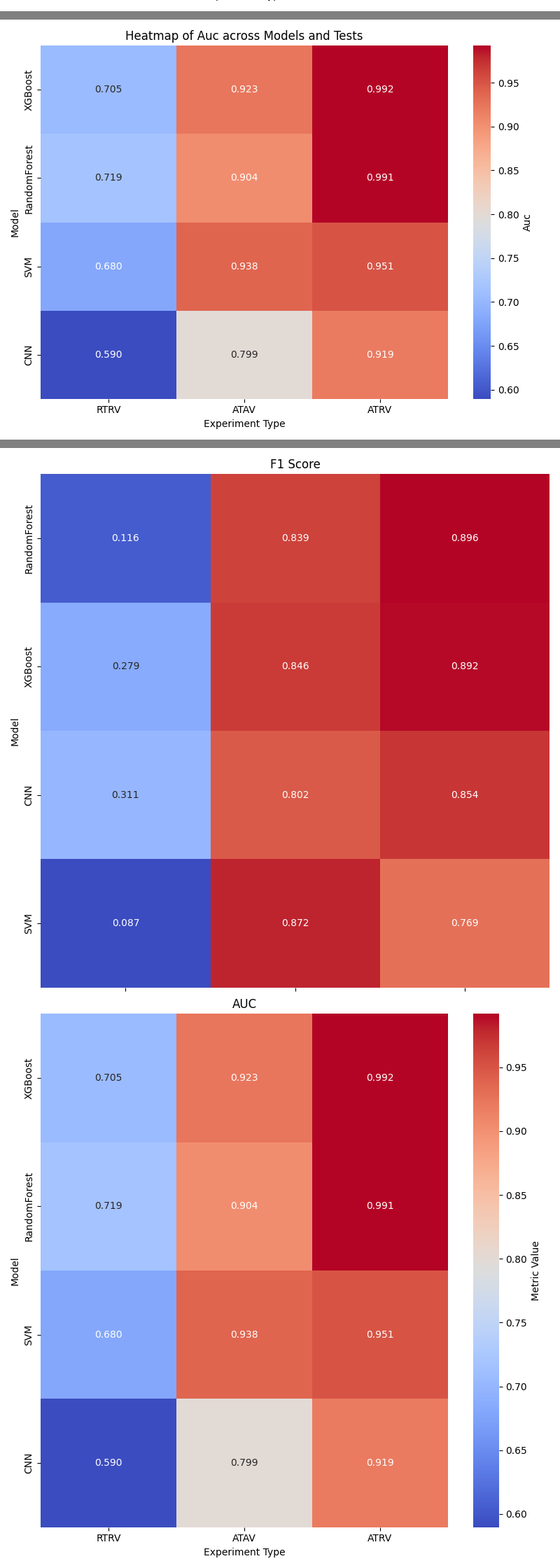
Repository: Hanqk97/COVID-19_Audio_Detection_Project
Script's output: python Plot/heatmap.py
These files come from the project's save history. The script's output is drawn as it stood at one moment and after the next save; the edit follows.
The pictures show rows 584 to 2824 of an output 2824 px tall, at 70% of full size.
Each picture stacks the figures in order, with grey between them; figures that are only written to a file come last. Random numbers start from a fixed seed.

Above is the script's output before, as saved 2024-12-03 19:08:28.

### Plot/heatmap.py
import json
import pandas as pd
import seaborn as sns
import matplotlib.pyplot as plt

output_dir = "Plot"

# Load the JSON data
with open("result/summary.json", "r") as f:
    data = json.load(f)

# Extract relevant metrics and organize into a DataFrame
def create_dataframe(metric_name):
    models = ["CNN", "XGBoost", "RandomForest", "SVM"]
    tests = ["RTRV", "ATAV", "ATRV"]
    values = []

    for model in models:
        raw_avg = sum(data[model][f"raw_{i+1}"][metric_name] for i in range(5)) / 5
        aug_avg = sum(data[model][f"aug_{i+1}"][metric_name] for i in range(5)) / 5
        train_avg = data[model]["train"][metric_name]
        values.append([raw_avg, train_avg, aug_avg])

    # Create a DataFrame
    df = pd.DataFrame(values, columns=tests, index=models)

    # Sort rows based on "ATRV" (Augmented Test) values
    df = df.sort_values(by="ATRV", ascending=False)

    return df

# Generate heatmaps and save them to files
def plot_heatmap(df, metric_name, filename):
    plt.figure(figsize=(8, 6))
    sns.heatmap(df, annot=True, fmt=".3f", cmap="coolwarm", cbar_kws={"label": metric_name.capitalize()})
    plt.title(f"Heatmap of {metric_name.capitalize()} across Models and Tests")
    plt.ylabel("Model")
    plt.xlabel("Experiment Type")
    plt.tight_layout()
    plt.savefig(filename)  # Save the heatmap to a file
    plt.close()

# Generate combined heatmap figure
# Generate combined heatmap with a taller aspect ratio
def plot_combined_heatmaps(f1_df, auc_df, filename):
    fig, axes = plt.subplots(2, 1, figsize=(8, 16), sharex=True)  # Two heatmaps stacked vertically

    # F1 Score Heatmap
    sns.heatmap(f1_df, annot=True, fmt=".3f", cmap="coolwarm", cbar=False, ax=axes[0])
    axes[0].set_title("F1 Score")
    axes[0].set_ylabel("Model")
    axes[0].set_xlabel("")

    # AUC Heatmap
    sns.heatmap(auc_df, annot=True, fmt=".3f", cmap="coolwarm", cbar_kws={"label": "Metric Value"}, ax=axes[1])
    axes[1].set_title("AUC")
    axes[1].set_ylabel("Model")
    axes[1].set_xlabel("Experiment Type")

    plt.tight_layout()
    plt.savefig(filename)
    plt.close()

# Generate and save heatmaps for individual metrics
f1_df = create_dataframe("f1_score")
plot_heatmap(f1_df, "f1_score", f"{output_dir}/f1_score_heatmap.png")

auc_df = create_dataframe("auc")
plot_heatmap(auc_df, "auc", f"{output_dir}/auc_heatmap.png")

# Generate and save combined heatmap
plot_combined_heatmaps(f1_df, auc_df, f"{output_dir}/combined_heatmaps.png")

### result/summary.json
{
    "CNN":{
        "raw_1":{
            "f1_score": 0.23076923076923078,
            "precision": 0.35294117647058826,
            "recall": 0.17142857142857143,
            "accuracy": 0.7927461139896373,
            "auc": 0.5509041591320073
        },
        "raw_2":{
            "f1_score": 0.23076923076923078,
            "precision": 0.35294117647058826,
            "recall": 0.17142857142857143,
            "accuracy": 0.7927461139896373,
            "auc": 0.5509041591320073
        },
        "raw_3":{
            "f1_score": 0.30508474576271183,
            "precision": 0.375,
            "recall": 0.2571428571428571,
            "accuracy": 0.7875647668393783,
            "auc": 0.5811030741410488
        },
        "raw_4":{
            "f1_score": 0.42857142857142855,
            "precision": 0.4166666666666667,
            "recall": 0.4411764705882353,
            "accuracy": 0.7916666666666666,
            "auc": 0.654132539091586
        },
        "raw_5":{
            "f1_score": 0.35820895522388063,
            "precision": 0.35294117647058826,
            "recall": 0.36363636363636365,
            "accuracy": 0.7724867724867724,
            "auc": 0.6113053613053614
        },
        "aug_1":{
            "f1_score": 0.7945205479452055,
            "precision": 0.7631578947368421,
            "recall": 0.8285714285714286,
            "accuracy": 0.9222797927461139,
            "auc": 0.8858047016274865
        },
        "aug_2":{
            "f1_score": 0.8985507246376812,
            "precision": 0.9117647058823529,
            "recall": 0.8857142857142857,
            "accuracy": 0.9637305699481865,
            "auc": 0.9333634719710668
        },
        "aug_3":{
            "f1_score": 0.8378378378378378,
            "precision": 0.7948717948717948,
            "recall": 0.8857142857142857,
            "accuracy": 0.9378238341968912,
            "auc": 0.9175406871609403
        },
        "aug_4":{
            "f1_score": 0.8823529411764706,
            "precision": 0.8823529411764706,
            "recall": 0.8823529411764706,
            "accuracy": 0.9583333333333334,
            "auc": 0.9285182427401341
        },
        "aug_5":{
            "f1_score": 0.8571428571428571,
            "precision": 0.8108108108108109,
            "recall": 0.9090909090909091,
            "accuracy": 0.9470899470899471,
            "auc": 0.9321095571095571
        },
        "train":{
            "f1_score": 0.8024106257351653,
            "precision": 0.7915644429804949,
            "recall": 0.818831016016817,
            "accuracy": 0.7988750669603,
            "auc": 0.799090689569917
        }
    },
    "XGBoost":{
        "raw_1":{
            "f1_score": 0.3636363636363636,
            "precision": 0.8888888888888888,
            "recall": 0.22857142857142856,
            "accuracy": 0.8549222797927462,
            "auc": 0.722242314647378
        },
        "raw_2":{
            "f1_score": 0.3555555555555555,
            "precision": 0.8,
            "recall": 0.22857142857142856,
            "accuracy": 0.8497409326424871,
            "auc": 0.7056057866184449
        },
        "raw_3":{
            "f1_score": 0.23809523809523808,
            "precision": 0.7142857142857143,
            "recall": 0.14285714285714285,
            "accuracy": 0.8341968911917098,
            "auc": 0.6242314647377939
        },
        "raw_4":{
            "f1_score": 0.27906976744186046,
            "precision": 0.6666666666666666,
            "recall": 0.17647058823529413,
            "accuracy": 0.8385416666666666,
            "auc": 0.7870439314966493
        },
        "raw_5":{
            "f1_score": 0.15789473684210525,
            "precision": 0.6,
            "recall": 0.09090909090909091,
            "accuracy": 0.8306878306878307,
            "auc": 0.6870629370629371
        },
        "aug_1":{
            "f1_score": 0.8857142857142857,
            "precision": 0.8857142857142857,
            "recall": 0.8857142857142857,
            "accuracy": 0.9585492227979274,
            "auc": 0.9942133815551537
        },
        "aug_2":{
            "f1_score": 0.9142857142857143,
            "precision": 0.9142857142857143,
            "recall": 0.9142857142857143,
            "accuracy": 0.9689119170984456,
            "auc": 0.9902350813743219
        },
        "aug_3":{
            "f1_score": 0.8648648648648648,
            "precision": 0.8205128205128205,
            "recall": 0.9142857142857143,
            "accuracy": 0.9481865284974094,
            "auc": 0.9902350813743218
        },
        "aug_4":{
            "f1_score": 0.9014084507042254,
            "precision": 0.8648648648648649,
            "recall": 0.9411764705882353,
            "accuracy": 0.9635416666666666,
            "auc": 0.9949739389426657
        },
        "aug_5":{
            "f1_score": 0.8955223880597014,
            "precision": 0.8823529411764706,
            "recall": 0.9090909090909091,
            "accuracy": 0.9629629629629629,
            "auc": 0.9904817404817404
        },
        "train":{
            "f1_score": 0.8461765336593803,
            "precision": 0.844392509161769,
            "recall": 0.8490103258061852,
            "accuracy": 0.8461678868321331,
            "auc": 0.9229407548490167
        }
    },
    "RandomForest":{
        "raw_1":{
            "f1_score": 0.1081081081081081,
            "precision": 1.0,
            "recall": 0.05714285714285714,
            "accuracy": 0.8290155440414507,
            "auc": 0.7308318264014467
        },
        "raw_2":{
            "f1_score": 0.20512820512820512,
            "precision": 1.0,
            "recall": 0.11428571428571428,
            "accuracy": 0.8393782383419689,
            "auc": 0.6945750452079565
        },
        "raw_3":{
            "f1_score": 0.15789473684210528,
            "precision": 1.0,
            "recall": 0.08571428571428572,
            "accuracy": 0.8341968911917098,
            "auc": 0.6902350813743218
        },
        "raw_4":{
            "f1_score": 0.1111111111111111,
            "precision": 1.0,
            "recall": 0.058823529411764705,
            "accuracy": 0.8333333333333334,
            "auc": 0.7631236038719285
        },
        "raw_5":{
            "f1_score": 0.0,
            "precision": 0.0,
            "recall": 0.0,
            "accuracy": 0.8253968253968254,
            "auc": 0.713966588966589
        },
        "aug_1":{
            "f1_score": 0.9166666666666667,
            "precision": 0.8918918918918919,
            "recall": 0.9428571428571428,
            "accuracy": 0.9689119170984456,
            "auc": 0.9928571428571429
        },
        "aug_2":{
            "f1_score": 0.9014084507042254,
            "precision": 0.8888888888888888,
            "recall": 0.9142857142857143,
            "accuracy": 0.9637305699481865,
            "auc": 0.9887884267631103
        },
        "aug_3":{
            "f1_score": 0.8767123287671234,
            "precision": 0.8421052631578947,
            "recall": 0.9142857142857143,
            "accuracy": 0.9533678756476683,
            "auc": 0.9898734177215189
        },
        "aug_4":{
            "f1_score": 0.8888888888888888,
            "precision": 0.8421052631578947,
            "recall": 0.9411764705882353,
            "accuracy": 0.9583333333333334,
            "auc": 0.9930193596425912
        },
        "aug_5":{
            "f1_score": 0.8955223880597014,
            "precision": 0.8823529411764706,
            "recall": 0.9090909090909091,
            "accuracy": 0.9629629629629629,
            "auc": 0.9886363636363635
        },
        "train":{
            "f1_score": 0.8389031248307942,
            "precision": 0.8545235505223857,
            "recall": 0.8246203209858681,
            "accuracy": 0.8423863658909191,
            "auc": 0.9039854187578366
        }
    },
    "SVM":{
        "raw_1":{
            "f1_score": 0.1081081081081081,
            "precision": 1.0,
            "recall": 0.05714285714285714,
            "accuracy": 0.8290155440414507,
            "auc": 0.6433996383363472
        },
        "raw_2":{
            "f1_score": 0.15789473684210528,
            "precision": 1.0,
            "recall": 0.08571428571428572,
            "accuracy": 0.8341968911917098,
            "auc": 0.7094032549728753
        },
        "raw_3":{
            "f1_score": 0.1081081081081081,
            "precision": 1.0,
            "recall": 0.05714285714285714,
            "accuracy": 0.8290155440414507,
            "auc": 0.6343580470162749
        },
        "raw_4":{
            "f1_score": 0.0,
            "precision": 0.0,
            "recall": 0.0,
            "accuracy": 0.8229166666666666,
            "auc": 0.7777364110201042
        },
        "raw_5":{
            "f1_score": 0.05882352941176471,
            "precision": 1.0,
            "recall": 0.030303030303030304,
            "accuracy": 0.8306878306878307,
            "auc": 0.6353923853923853
        },
        "aug_1":{
            "f1_score": 0.7384615384615385,
            "precision": 0.8,
            "recall": 0.6857142857142857,
            "accuracy": 0.9119170984455959,
            "auc": 0.9292947558770343
        },
        "aug_2":{
            "f1_score": 0.75,
            "precision": 0.8275862068965517,
            "recall": 0.6857142857142857,
            "accuracy": 0.917098445595855,
            "auc": 0.9580470162748644
        },
        "aug_3":{
            "f1_score": 0.7619047619047619,
            "precision": 0.8571428571428571,
            "recall": 0.6857142857142857,
            "accuracy": 0.9222797927461139,
            "auc": 0.9589511754068716
        },
        "aug_4":{
            "f1_score": 0.8181818181818182,
            "precision": 0.84375,
            "recall": 0.7941176470588235,
            "accuracy": 0.9375,
            "auc": 0.9485294117647058
        },
        "aug_5":{
            "f1_score": 0.7741935483870968,
            "precision": 0.8275862068965517,
            "recall": 0.7272727272727273,
            "accuracy": 0.9259259259259259,
            "auc": 0.9590132090132091
        },
        "train":{
            "f1_score": 0.8719047058592444,
            "precision": 0.8803626655047389,
            "recall": 0.8643689272793008,
            "accuracy": 0.8732813523004582,
            "auc": 0.9376532399920455
        }
    },
    "ResNet":{
        "raw_1":0,
        "raw_2":0,
        "raw_3":0,
        "raw_4":0,
        "raw_5":0,
        "aug_1":{
            "f1_score": 0.958904109589041,
            "precision": 0.9210526315789473,
            "recall": 1.0,
            "accuracy": 0.9844559585492227,
            "auc": 0.9905063291139241
        },
        "aug_2":{
            "f1_score": 0.9014084507042254,
            "precision": 0.8888888888888888,
            "recall": 0.9142857142857143,
            "accuracy": 0.9637305699481865,
            "auc": 0.9444846292947557
        },
        "aug_3":{
            "f1_score": 0.9117647058823529,
            "precision": 0.9393939393939394,
            "recall": 0.8857142857142857,
            "accuracy": 0.9689119170984456,
            "auc": 0.9365280289330922
        },
        "aug_4":{
            "f1_score": 0.9117647058823528,
            "precision": 0.9117647058823529,
            "recall": 0.9117647058823529,
            "accuracy": 0.96875,
            "auc": 0.9463886820551004
        },
        "aug_5":{
            "f1_score": 0.90625,
            "precision": 0.9354838709677419,
            "recall": 0.8787878787878788,
            "accuracy": 0.9682539682539683,
            "auc": 0.9329836829836832
        },
        "train":{
            "f1_score": 0.8432466822059779,
            "precision": 0.8604856792450264,
            "recall": 0.8359216443930991,
            "accuracy": 0.8443009344681863,
            "auc": 0.8469816029516559
        }
    }
}

After the next save:
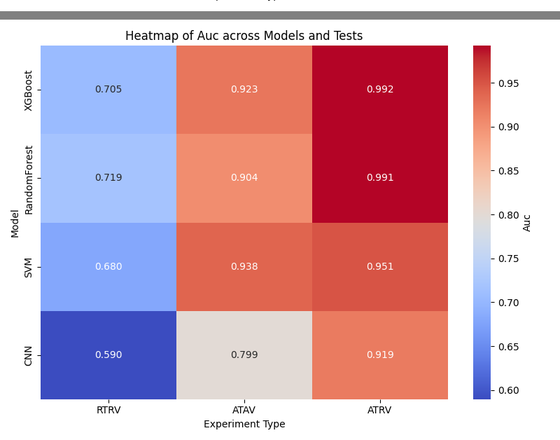
Error: NameError: name 'plot_combined_heatmaps' is not defined
Saved 87 s later.
--- a/Plot/heatmap.py
+++ b/Plot/heatmap.py
@@ -2,6 +2,7 @@
 import pandas as pd
 import seaborn as sns
 import matplotlib.pyplot as plt
+import matplotlib.gridspec as gridspec
 
 output_dir = "Plot"
 
@@ -40,23 +41,28 @@
     plt.savefig(filename)  # Save the heatmap to a file
     plt.close()
 
-# Generate combined heatmap figure
-# Generate combined heatmap with a taller aspect ratio
-def plot_combined_heatmaps(f1_df, auc_df, filename):
-    fig, axes = plt.subplots(2, 1, figsize=(8, 16), sharex=True)  # Two heatmaps stacked vertically
+# Generate combined heatmap with a full-height color bar
+def plot_combined_heatmaps_full_colorbar(f1_df, auc_df, filename):
+    # Create a GridSpec layout for two subplots and a shared color bar
+    fig = plt.figure(figsize=(8, 16))
+    gs = gridspec.GridSpec(2, 2, width_ratios=[20, 1])  # Adjust grid for heatmaps and color bar
+    ax1 = fig.add_subplot(gs[0, 0])  # F1 Score heatmap
+    ax2 = fig.add_subplot(gs[1, 0])  # AUC heatmap
+    cbar_ax = fig.add_subplot(gs[:, 1])  # Color bar spans both rows
 
     # F1 Score Heatmap
-    sns.heatmap(f1_df, annot=True, fmt=".3f", cmap="coolwarm", cbar=False, ax=axes[0])
-    axes[0].set_title("F1 Score")
-    axes[0].set_ylabel("Model")
-    axes[0].set_xlabel("")
+    sns.heatmap(f1_df, annot=True, fmt=".3f", cmap="coolwarm", cbar=False, ax=ax1)
+    ax1.set_title("F1 Score")
+    ax1.set_ylabel("Model")
+    ax1.set_xlabel("")
 
     # AUC Heatmap
-    sns.heatmap(auc_df, annot=True, fmt=".3f", cmap="coolwarm", cbar_kws={"label": "Metric Value"}, ax=axes[1])
-    axes[1].set_title("AUC")
-    axes[1].set_ylabel("Model")
-    axes[1].set_xlabel("Experiment Type")
+    sns.heatmap(auc_df, annot=True, fmt=".3f", cmap="coolwarm", cbar=True, cbar_ax=cbar_ax, ax=ax2)
+    ax2.set_title("AUC")
+    ax2.set_ylabel("Model")
+    ax2.set_xlabel("Experiment Type")
 
+    # Adjust the layout
     plt.tight_layout()
     plt.savefig(filename)
     plt.close()

After the save that followed:
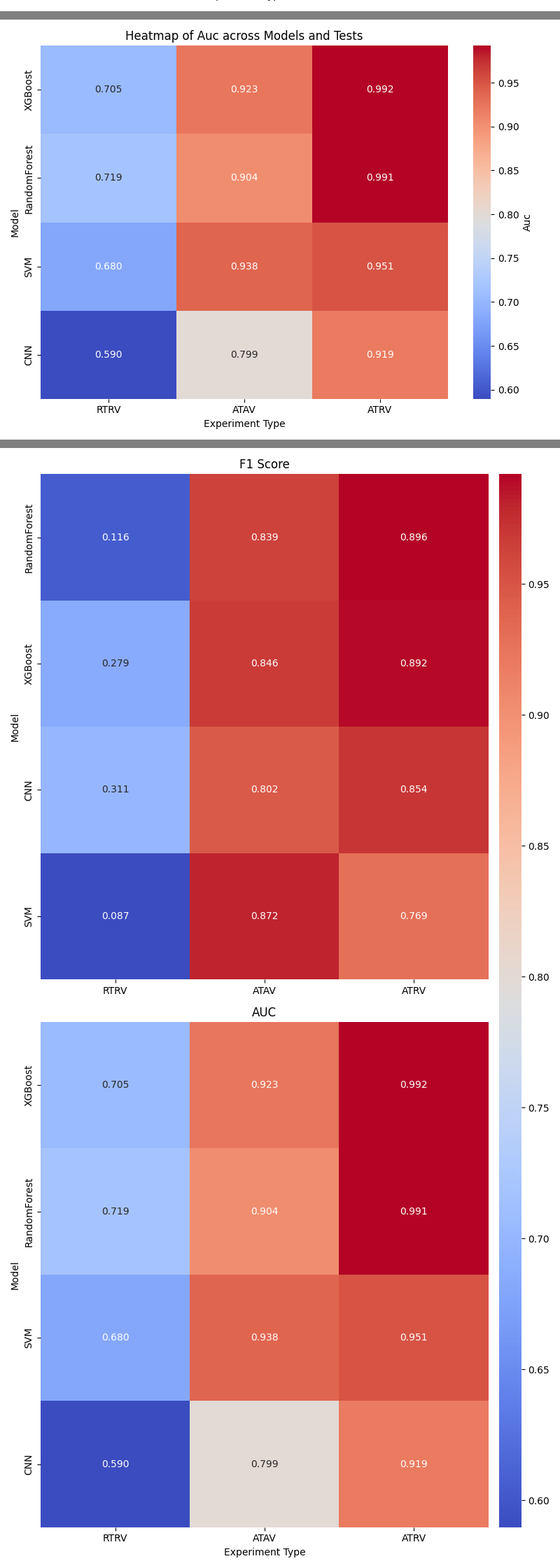
The error is gone.
Saved 19 s later.
--- a/Plot/heatmap.py
+++ b/Plot/heatmap.py
@@ -42,7 +42,7 @@
     plt.close()
 
 # Generate combined heatmap with a full-height color bar
-def plot_combined_heatmaps_full_colorbar(f1_df, auc_df, filename):
+def plot_combined_heatmaps(f1_df, auc_df, filename):
     # Create a GridSpec layout for two subplots and a shared color bar
     fig = plt.figure(figsize=(8, 16))
     gs = gridspec.GridSpec(2, 2, width_ratios=[20, 1])  # Adjust grid for heatmaps and color bar
